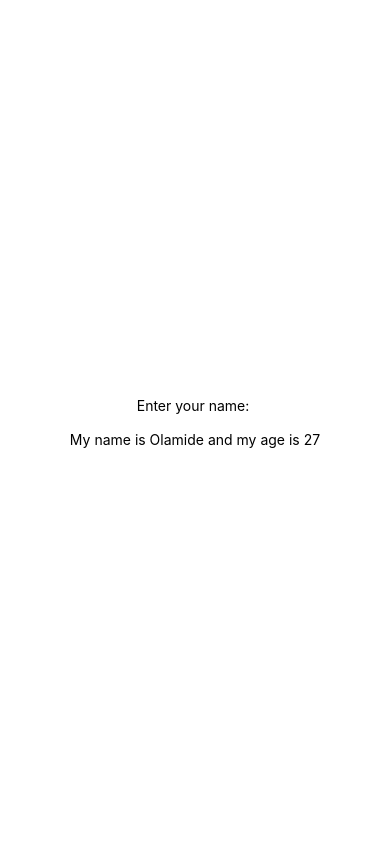
Repository: akinmiday/ReactNativeApp
Screen: /
An editor plug-in stored every save of this project. The screen is shown before and after the next save, followed by the edit.
The app was drawn by React Native's web renderer in a window 390 px wide. The project was rebuilt for these pictures with package versions that can differ from the ones it lists, and the page was loaded fresh each time. Some packages were replaced by stand-ins written for this rebuild.

Above is the screen before, as saved 2023-08-03 07:38:27.

### App.js
import { StatusBar } from "expo-status-bar";
import { useState } from "react";
import { StyleSheet, View, Text, Button, TextInput } from "react-native";

export default function App() {
  const [name, setName] = useState("Olamide");
  const [age, setAge] = useState(27);

  return (
    <View style={styles.container}>
      <Text>Enter your name: </Text>
      <TextInput style={styles.input} />
      <Text>
        My name is {name} and my age is {age}
      </Text>
    </View>
  );
}

const styles = StyleSheet.create({
  container: {
    flex: 1,
    backgroundColor: "#fff",
    alignItems: "center",
    justifyContent: "center",
  },
  input: {
    borderBlockColor: "black",
  },
});

After the next save:
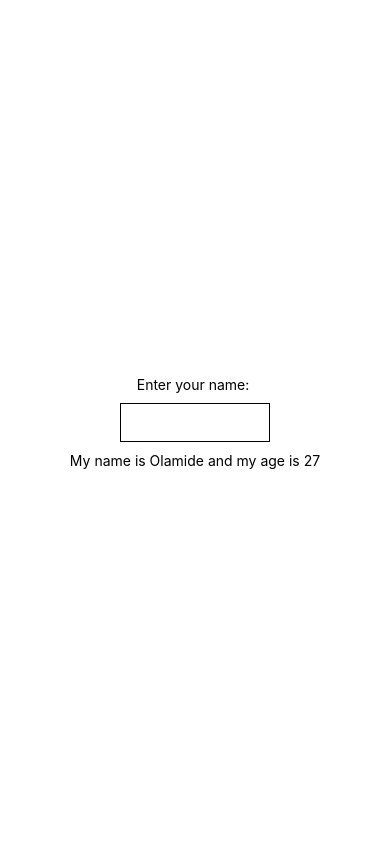
Saved 67 s later.
--- a/App.js
+++ b/App.js
@@ -25,6 +25,10 @@ const styles = StyleSheet.create({
     justifyContent: "center",
   },
   input: {
-    borderBlockColor: "black",
+    borderColor: "black",
+    borderWidth: 1,
+    padding: 10,
+    margin: 10,
+    width: 150,
   },
 });
